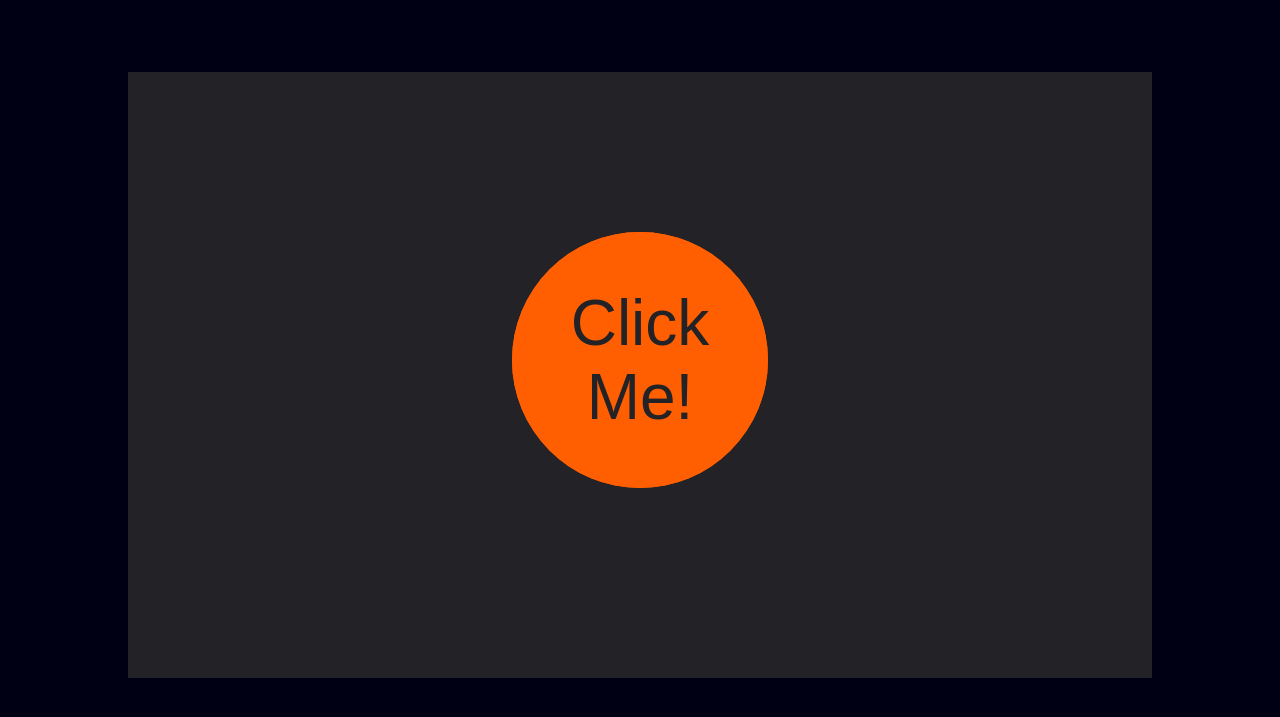
Repository: Francois-QUICODE/CSS-Micro-Projects
Page: Projects/02-Pulsating-Button.html
These files come from the project's save history. The page is drawn as it stood at one moment and after the next save; the edit follows.
The browser window is 1280 px wide. The pictures show the whole page.
Some web fonts or font styles are not loaded; a fallback is used.

Above is the page before, as saved 2020-11-29 14:18:21.

After the next save:
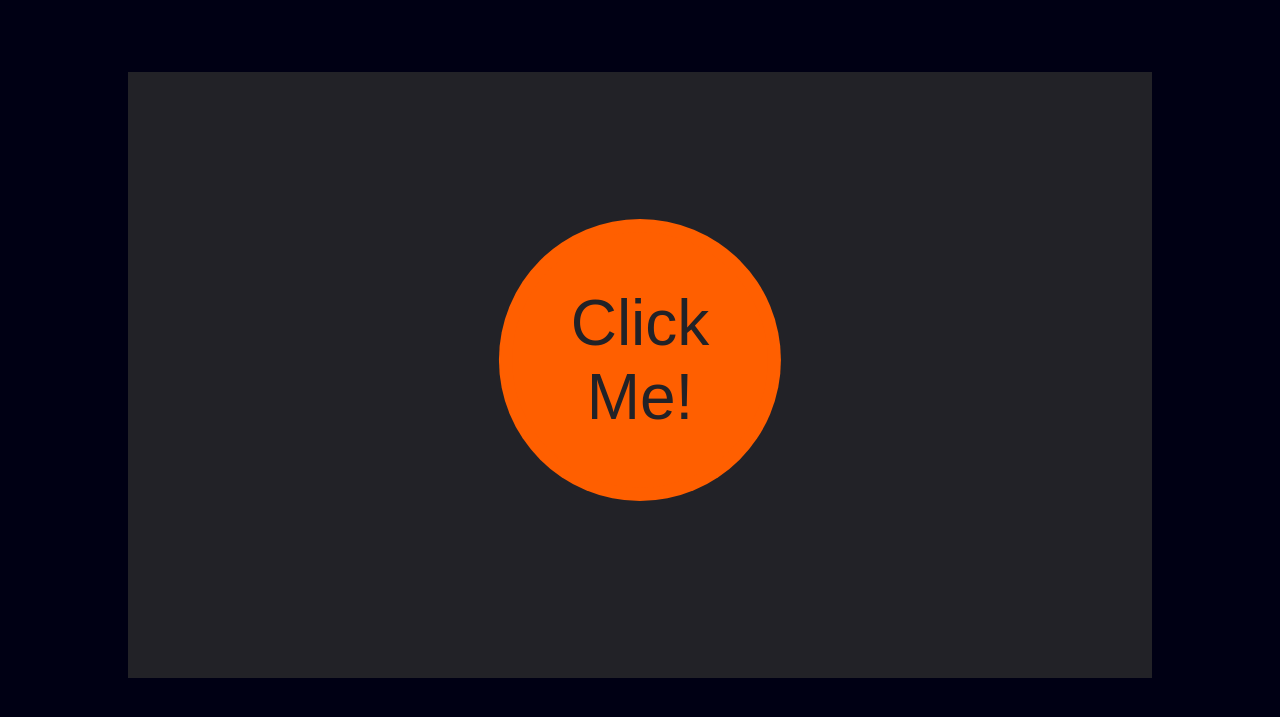
Saved 62 s later.
--- a/Projects/02-Pulsating-Button.html
+++ b/Projects/02-Pulsating-Button.html
@@ -50,6 +50,7 @@
 
       .pulsation {
         z-index: 1;
+        animation: pulsating 800ms infinite;
       }
 
       @keyframes pulsating {
